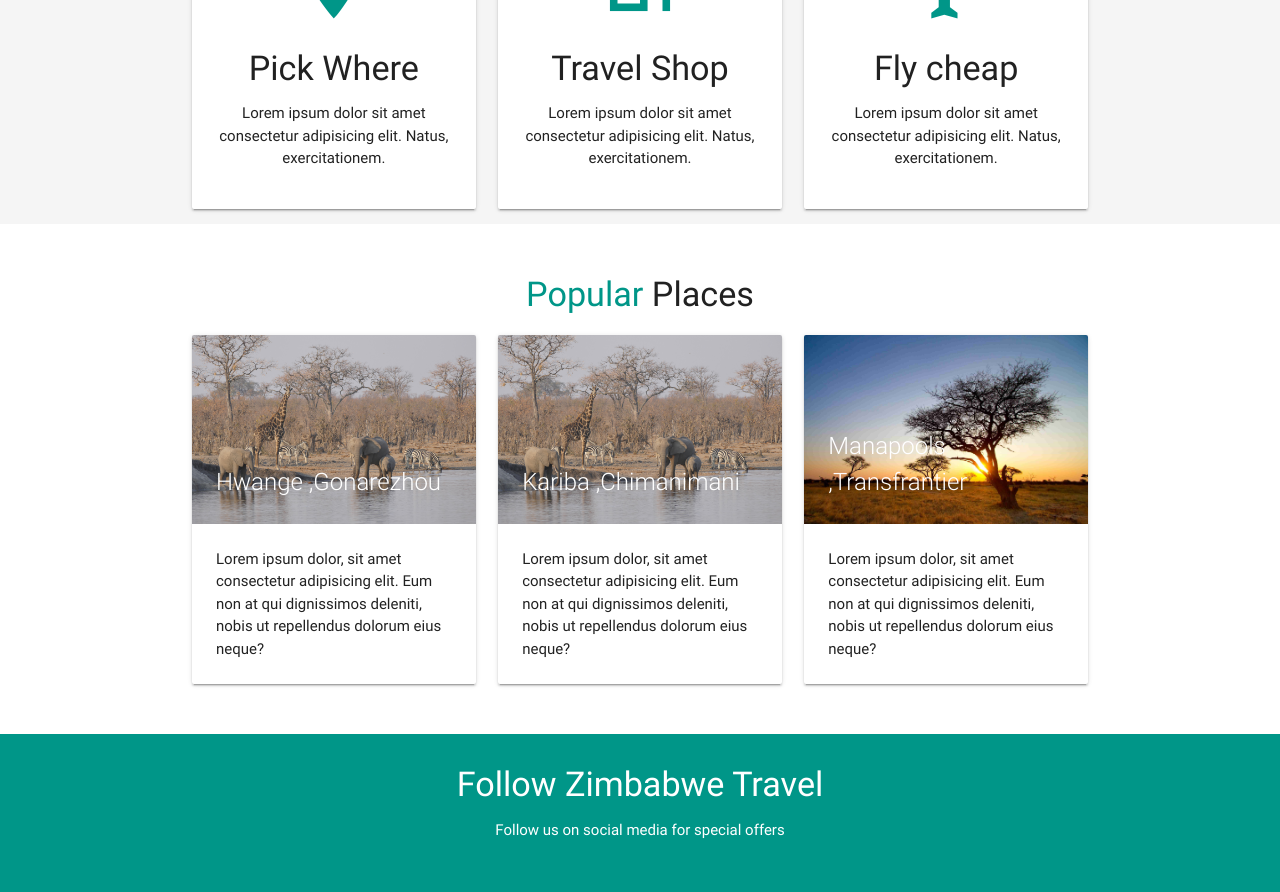
Repository: farrdy/materialize_website1_zim
Page: index.html
These files come from the project's save history. The page is drawn as it stood at one moment and after the next save; the edit follows.
The browser window is 1280 px wide. The pictures show the part of the page from y = 868 to 1820 px (the page is 1760 px tall before and 1820 px after).
Some web libraries are served in a nearby version.

Above is the page before, as saved 2020-01-01 22:43:34.

### index.html
<!DOCTYPE html>
<html>
  <head>
    <!--Import Google Icon Font-->
    <link
      href="https://fonts.googleapis.com/icon?family=Material+Icons"
      rel="stylesheet"
    />
    <!--Import materialize.css-->
    <link
      type="text/css"
      rel="stylesheet"
      href="css/materialize.min.css"
      media="screen,projection"
    />
    <link type="text/css" rel="stylesheet" href="css/main.css" />
    <script
      src="https://kit.fontawesome.com/04d0fe07bd.js"
      crossorigin="anonymous"
    ></script>

    <!--Let browser know website is optimized for mobile-->
    <meta name="viewport" content="width=device-width, initial-scale=1.0" />
    <title>Custom Materialize Theme</title>
  </head>

  <body>
    <div class="navbar-fixed">
      <nav class="teal">
        <div class="container">
          <div class="nav-wrapper">
            <a href="#Home" class="brand-logo">Zimbabwe Travelville</a>
            <a href="#" data-activates="mobile-nav" class="button-collapse">
              <i class="material-icons">menu</i>
            </a>
            <ul class=" right hide-on-med-and-down">
              <li><a href="#home">Home</a></li>
              <li><a href="#search">Search</a></li>
              <li><a href="#popular">Popular Places</a></li>
              <li><a href="#gallery">Gallery</a></li>
              <li><a href="#contact">Contact</a></li>
            </ul>
          </div>
        </div>
      </nav>
    </div>
    <ul class="side-nav" id="mobile-nav">
      <li><a href="#home">Home</a></li>
      <li><a href="#search">Search</a></li>
      <li><a href="#popular">Popular Places</a></li>
      <li><a href="#gallery">Gallery</a></li>
      <li><a href="#contact">Contact</a></li>
    </ul>

    <section class="slider">
      <ul class="slides">
        <li>
          <img src="img/resort1.jpg" alt="" />
          <div class="caption center-align">
            <h2>Take your dream vacation</h2>
            <h5 class="light grey-text  text-lighten-3 hide-on-small-only">
              Lorem ipsum, dolor sit amet consectetur adipisicing elit. Ipsam
              culpa optio explicabo! Facilis iure dolorem exercitationem
            </h5>
            <a href="#" class="btn btn-large">Learn More</a>
          </div>
        </li>
        <li>
          <img src="img/resort2.jpg" alt="" />
          <div class="caption left-align">
            <h2>We works with all budgets</h2>
            <h5 class="light grey-text  text-lighten-3 hide-on-small-only">
              Lorem ipsum, dolor sit amet consectetur adipisicing elit. Ipsam
              culpa optio explicabo! Facilis iure dolorem exercitationem
            </h5>
            <a href="#" class="btn btn-large">Learn More</a>
          </div>
        </li>
        <li>
          <img src="img/resort3.jpg" alt="" />
          <div class="caption right-align">
            <h2>Group & Individual Getaways</h2>
            <h5 class="light grey-text  text-lighten-3 hide-on-small-only">
              Lorem ipsum, dolor sit amet consectetur adipisicing elit. Ipsam
              culpa optio explicabo! Facilis iure dolorem exercitationem
            </h5>
            <a href="#" class="btn btn-large">Learn More</a>
          </div>
        </li>
      </ul>
    </section>

    <!-- Section :Search -->
    <section class="section section-search teal darken-1 white-text center">
      <div class="container">
        <div class="row">
          <div class="col s12">
            <h3>Search Destinations</h3>
            <div class="input-field">
              <input
                type="text"
                class="white grey-text autocomplete"
                placeholder="Victoria Falls,Nganga Mountains,Kariba Dam etc..."
                id="autocomplete-input"
              />
            </div>
          </div>
        </div>
      </div>
    </section>
    <!-- Section :Icon Boxes -->

    <section class="section-icons grey lighten-4 center">
      <div class="container">
        <div class="row">
          <div class="col s12 m4">
            <div class="card-panel">
              <i class="material-icons large teal-text">room</i>
              <h4>Pick Where</h4>
              <p>
                Lorem ipsum dolor sit amet consectetur adipisicing elit. Natus,
                exercitationem.
              </p>
            </div>
          </div>
          <div class="col s12 m4">
            <div class="card-panel">
              <i class="material-icons large teal-text">store</i>
              <h4>Travel Shop</h4>
              <p>
                Lorem ipsum dolor sit amet consectetur adipisicing elit. Natus,
                exercitationem.
              </p>
            </div>
          </div>
          <div class="col s12 m4">
            <div class="card-panel">
              <i class="material-icons large teal-text">airplanemode_active</i>
              <h4>Fly cheap</h4>
              <p>
                Lorem ipsum dolor sit amet consectetur adipisicing elit. Natus,
                exercitationem.
              </p>
            </div>
          </div>
        </div>
      </div>
    </section>

    <!-- Section:Popular -->

    <section class=" section section-popular">
      <div class="container">
        <div class="row">
          <h4 class="center">
            <span class="teal-text">Popular</span>
            Places
          </h4>
          <div class="col s12 m4">
            <div class="card">
              <div class="card-image">
                <img src="img/resort2.jpg" alt="" />
                <span class="card-title">Hwange ,Gonarezhou</span>
              </div>
              <div class="card-content">
                <p>
                  Lorem ipsum dolor, sit amet consectetur adipisicing elit. Eum
                  non at qui dignissimos deleniti, nobis ut repellendus dolorum
                  eius neque?
                </p>
              </div>
            </div>
          </div>
          <div class="col s12 m4">
            <div class="card">
              <div class="card-image">
                <img src="img/resort2.jpg" alt="" />
                <span class="card-title">Kariba ,Chimanimani</span>
              </div>
              <div class="card-content">
                <p>
                  Lorem ipsum dolor, sit amet consectetur adipisicing elit. Eum
                  non at qui dignissimos deleniti, nobis ut repellendus dolorum
                  eius neque?
                </p>
              </div>
            </div>
          </div>
          <div class="col s12 m4">
            <div class="card">
              <div class="card-image">
                <img src="img/resort3.jpg" alt="" />
                <span class="card-title">Manapools ,Transfrantier</span>
              </div>
              <div class="card-content">
                <p>
                  Lorem ipsum dolor, sit amet consectetur adipisicing elit. Eum
                  non at qui dignissimos deleniti, nobis ut repellendus dolorum
                  eius neque?
                </p>
              </div>
            </div>
          </div>
        </div>
      </div>
    </section>

    <!-- Section:Follow -->

    <section class="section section-follow teal darkern-2 white-text center">
      <div class="container">
        <div class="row">
          <div class="col s12">
            <h4>Follow Zimbabwe Travel</h4>
            <p>Follow us on social media for special offers</p>

            <a href="https://facebook.com" class="white-text"></a>
          </div>
        </div>
      </div>
    </section>

    <!--Import jQuery before materialize.js-->
    <script
      type="text/javascript"
      src="https://code.jquery.com/jquery-3.2.1.min.js"
    ></script>
    <script type="text/javascript" src="js/materialize.min.js"></script>

    <script>
      $(document).ready(function() {
        // Custom JS & jQuery here
        $(".button-collapse").sideNav();

        $(".slider").slider({
          indicators: false,
          height: 500,
          transition: 500,
          interval: 6000
        });

        $(".autocomplete").autocomplete({
          data: {
            Nyanga: null,
            Kariba: null,
            "Victoria Falls": null,
            "Gonarezhouu National park": null,
            "Hwange National Park": null,
            "Manapools National Park": null,
            Chimanimani: null
          }
        });
      });
    </script>
  </body>
</html>

### css/main.css
.slider .btn {
  margin-top: 20px;
}

.section-search input {
  padding: 5x !important;
  font-size: 18px !important;
  width: 90% !important;
  border: #f4f4f4 3px solid !important;
}

.autocomplete-content {
  position: absolute;
  width: 100%;
  text-align: center;
}

Loaded but not shown: css/materialize.min.css (library); js/materialize.min.js (library)

After the next save:
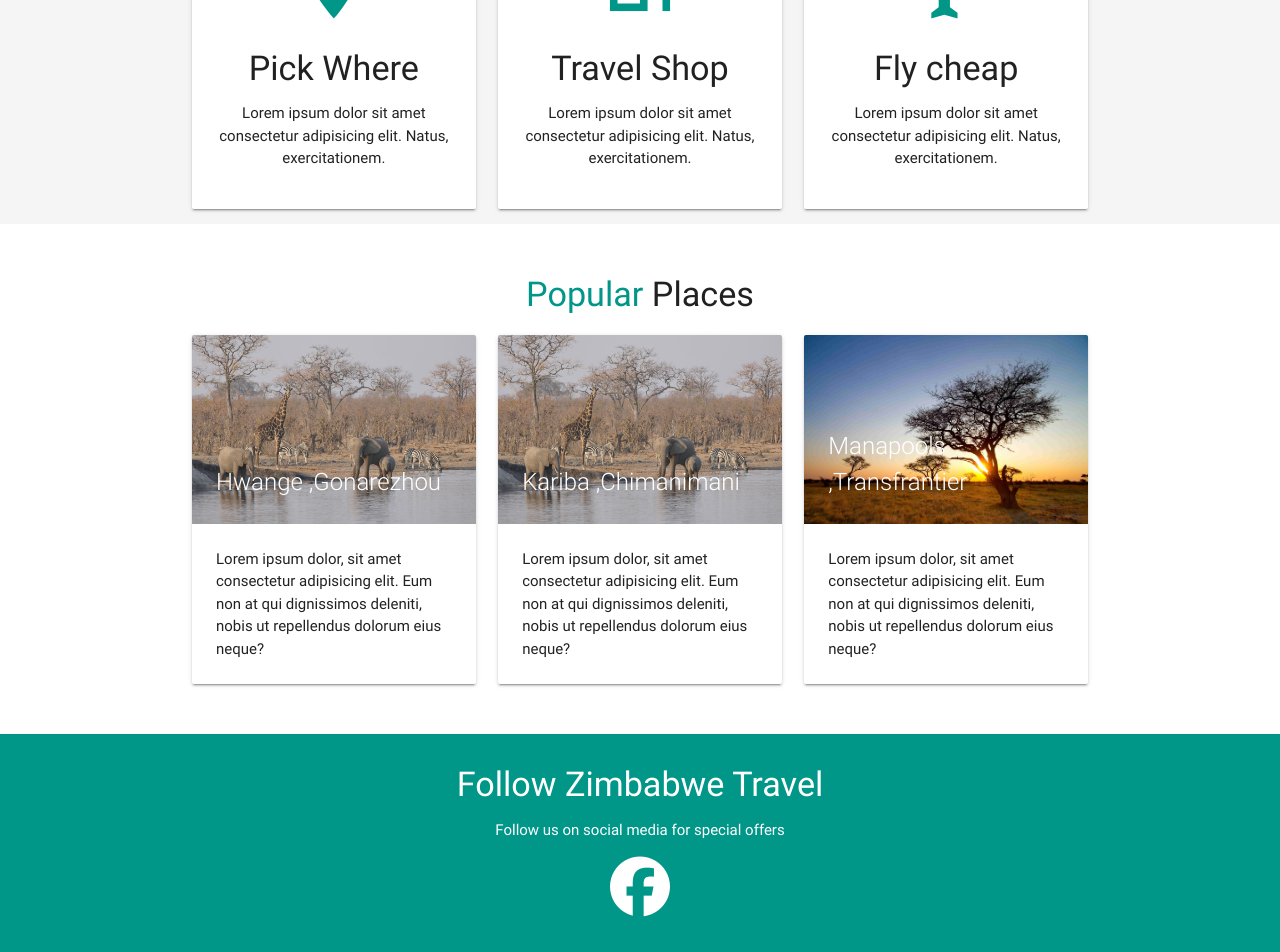
Saved 106 s later.
--- a/index.html
+++ b/index.html
@@ -213,8 +213,9 @@
           <div class="col s12">
             <h4>Follow Zimbabwe Travel</h4>
             <p>Follow us on social media for special offers</p>
-
-            <a href="https://facebook.com" class="white-text"></a>
+            <a href="https://facebook.com" class="white-text" target="_blank">
+              <i class="fab fa-facebook fa-4x"></i>
+            </a>
           </div>
         </div>
       </div>
